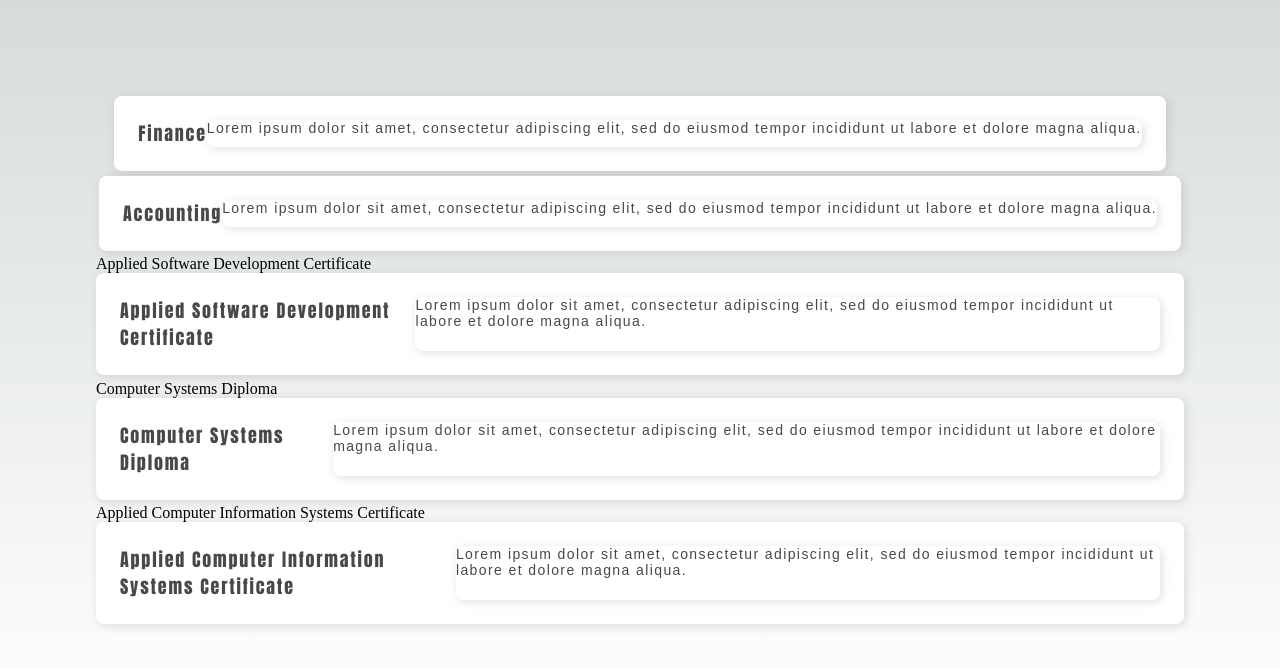
Repository: giovanabirck/class03-vercel-test
Page: /
The author's editor kept a copy of each file at every save. The page is drawn from the files as they stood at one save, then again after the next save.
The browser window is 1280 px wide. The pictures show the whole page.
The project was rebuilt for these pictures with package versions that can differ from the ones it lists, and the page was loaded fresh each time. The framework's server and built-in components were replaced by stand-ins that run in the browser. Also part of the build but not shown: next.config.js.

Above is the page before, as saved 2023-01-24 21:26:30.

### pages/index.js
import Head from 'next/head'
import Image from 'next/image'
import { Inter } from '@next/font/google'
import styles from '../styles/Home.module.css'
import data from '../data/education.json'
import { useState } from 'react'
import Card from '../components/Card'
import Link from 'next/link'
import Menu from '../components/Menu'

const inter = Inter({ subsets: ['latin'] })

export default function Home() {

  console.log(data);
  const [information, setInformation] = useState([...data]);


  return (
    <>
      <Head>
        <title>Programs</title>
        <meta name="description" content="Generated by create next app" />
        <meta name="viewport" content="width=device-width, initial-scale=1" />
        <link rel="icon" href="/favicon.ico" />
        <Menu/>
      </Head>
      <main className={styles.main}>

        {
          information && information.map((info, index) => {
            if(info.department === "Business") {
              return(
                <div key={index}>

                  <Card key={index} degree={info.degree} color="red" font="10px"/>
                </div>
              )
            }
          })
        }

        {
          information && information.map((info, index) => {
            if(info.department === "Computing") {
              return(
                <div key={index}>
                  {info.degree}
                  <Card key={index} degree={info.degree} color="blue" font="50px"/>
                </div>
              )
            }
          })
        }
      </main>

    </>
  )
}

### data/education.json
[
    {
        "studentNumber": "A0004567",
        "firstName": "Person 1",
        "gpa": 3.8,
        "department": "Business",
        "degree": "Finance",
        "graduted": 2014
    },
    {
        "studentNumber": "A0001234",
        "firstName": "Person 2",
        "gpa": 3.5,
        "department": "Business",
        "degree": "Accounting",
        "graduted": 2010
    },
    {
        "studentNumber": "A0007890",
        "firstName": "Person 3",
        "gpa": 3.2,
        "department": "Computing",
        "degree": "Applied Software Development Certificate",
        "graduted": 2018
    },
    {
        "studentNumber": "A0007828",
        "firstName": "Person 4",
        "gpa": 3.9,
        "department": "Computing",
        "degree": "Computer Systems Diploma",
        "graduted": 2021
    },
    {
        "studentNumber": "A0003425",
        "firstName": "Person 5",
        "gpa": 3.2,
        "department": "Computing",
        "degree": "Applied Computer Information Systems Certificate",
        "graduted": 2021
    }
]

### components/Card/index.js


export default function Card({
    degree      =   "none",
}) {

    return(
        <div style={{
            backgroundColor: "white",
            padding: "24px",
            fontFamily: "Impact",
            color: "#484848",
            fontSize: "18px",
            letterSpacing: "0.1em",
            display: "flex",
            borderRadius: "8px",
            boxShadow: "2px 2px 10px rgb(100, 100, 100, 0.2)"
        }}>
            {degree}
            <br></br>
            <p style={{
                fontFamily: "arial",
                color: "#484848",
                fontSize: "14px",
                letterSpacing: "0.1em",
                display: "flex",
                borderRadius: "8px",
                boxShadow: "2px 2px 10px rgb(100, 100, 100, 0.2)"
            }}
            >Lorem ipsum dolor sit amet, consectetur adipiscing elit, sed do eiusmod tempor incididunt ut labore et dolore magna aliqua.</p>
        </div>
    )
}

### components/Menu/index.js

export default function Menu() {
    return(
        <>
        <div style={{
            display: "flex",
        }}>
            <div className="lateral-menu" style={{
                backgroundColor: 'white',
                width: "20%",
                innerHeight: "500px",
                padding: "40px 40px 350px 24px",
                fontFamily: "Arial",
                fontWeight: "bold",
                color: "#A8A8A8",
                }}>

                <h1 style={{
                    fontFamily: "Impact",
                    fontSize: "40px",
                    color: "#5F7AF2",
                    padding: "16px 16px 56px 16px",
                }}>Future
                    <br></br>
                    University
                </h1>

                <br></br>

                <a className="a-employees" href="about" style={{padding:"16px"}}>Employees</a>

                <br></br>

                <p className="p-programs" style={{padding:"48px 16px 16px 16px", color: "#5F7AF2"}}>Programs</p>

                <br></br>

                <p style={{padding:"16px"}}>Lorem ipsum</p>

                <br></br>

                <p style={{padding:"16px"}}>Lorem ipsum</p>

                <br></br>

                <p style={{padding:"16px"}}>Lorem ipsum</p>
            </div>
            <div>
                <div className="top-menu" style={{
                    backgroundColor: "white",
                    width: "200%",
                    display: "flex",
                    height: "96px",
                    alignItems: "center",
                    justifyContent: "space-between",
                }}>
                    <input placeholder="search" style={{
                        fontFamily: "Arial",
                        fontSize: "14px",
                        color: "#5F7AF2",
                        padding: "16px",
                        border: "solid 2px #5F7AF2",
                        borderRadius: "8px",
                        width: "400px",
                        margin: "24px"
                    }}>
                    </input>
                    <h2 style={{
                        fontFamily: "Arial",
                        fontWeight: "bold",
                        fontSize: "16px",
                        color: "#5F7AF2",
                        padding: "16px 40px 16px 16px"
                        }}>Profile Name</h2>
                </div>
                <div id="main-div" style={{
                    backgroundColor: "#EAEBF1",
                    width: "200%",
                    height: "89%"
                }}>
                </div>
            </div>
        </div>
        </>
    )
}

Loaded but not shown: pages/_app.js (common file); pages/_document.js (common file); styles/globals.css (common file); styles/Home.module.css (common file)

After the next save:
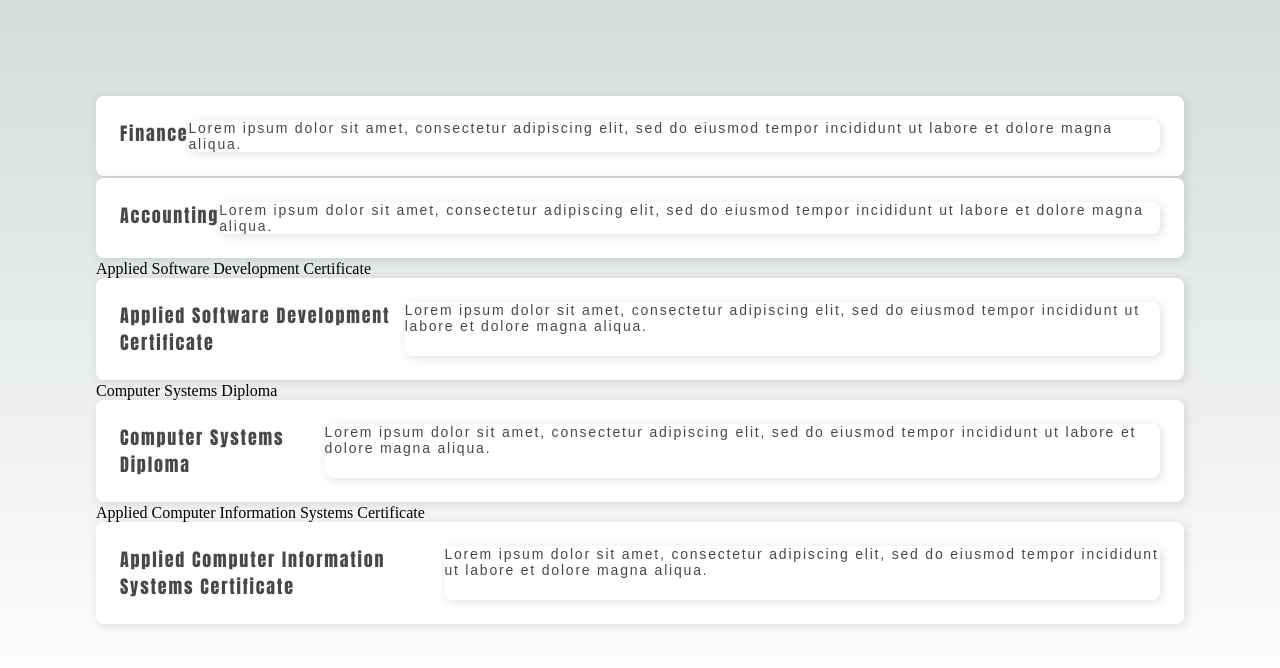
Saved 5 s later.
--- a/components/Card/index.js
+++ b/components/Card/index.js
@@ -22,7 +22,6 @@ export default function Card({
                 fontFamily: "arial",
                 color: "#484848",
                 fontSize: "14px",
-                letterSpacing: "0.1em",
                 display: "flex",
                 borderRadius: "8px",
                 boxShadow: "2px 2px 10px rgb(100, 100, 100, 0.2)"
